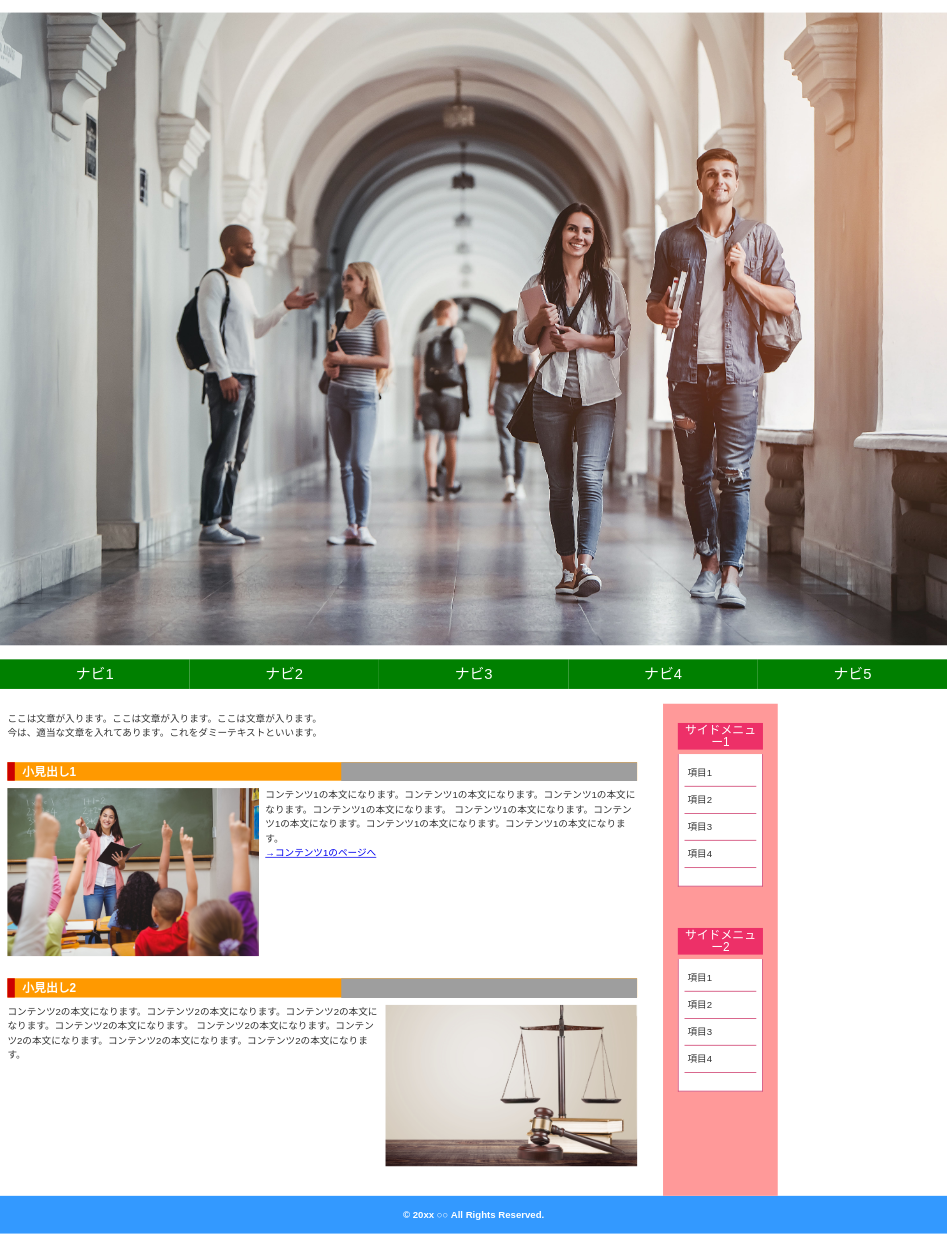
Repository: qedhourse580/samurai_HTML-CSS
Page: home.html
The author's editor kept a record of every edit. The page is drawn from the files as they stood at one moment, then again after the next edit.
The browser window is 1280 px wide. The pictures show the whole page, at 74% of full size.
Pictures or frames that could not be fetched are drawn as grey boxes.

Above is the page before.

### home.html
<!DOCTYPE html>
<html lang="ja">
    <head>
        <meta charset="UTF-8">
        <title>HTML/CSSの学習</title>
        <link rel="stylesheet" href="stylesheet.css">
    </head>
    <body>
        <div id="header">
            <h1><a href="index.html"><img id="corridor" src="images/corridor.jpg" alt="大学の廊下" /></a></h1>
        </div>
        <div id="wrapper">
            <div id="nav">
                <ul>
                    <li><a href="home.html">ナビ1</a></li>
                    <li><a href="#">ナビ2</a></li>
                    <li><a href="#">ナビ3</a></li>
                    <li><a href="#">ナビ4</a></li>
                    <li><a href="#">ナビ5</a></li>
                </ul>
            </div>
            <div id="container">
                <div id="main">
                    <div class="post">
                        <p>ここは文章が入ります。ここは文章が入ります。ここは文章が入ります。<br />今は、適当な文章を入れてあります。これをダミーテキストといいます。</p>
                    </div>
                    <div class="post clearfix">
                        <h2>小見出し1</h2>
                        <img class="left" src="images/classroom.jpg" alt="授業風景" />
                        <p>
                            コンテンツ1の本文になります。コンテンツ1の本文になります。コンテンツ1の本文になります。コンテンツ1の本文になります。
                            コンテンツ1の本文になります。コンテンツ1の本文になります。コンテンツ1の本文になります。コンテンツ1の本文になります。
                        </p>
                        <p><a href="#">→コンテンツ1のページへ</a></p>
                    </div>
                    <div class="post clearfix">
                        <h2>小見出し2</h2>
                        <img class="right" src="images/scale.jpg" alt="天秤" />
                        <p>
                            コンテンツ2の本文になります。コンテンツ2の本文になります。コンテンツ2の本文になります。コンテンツ2の本文になります。
                            コンテンツ2の本文になります。コンテンツ2の本文になります。コンテンツ2の本文になります。コンテンツ2の本文になります。
                        </p>
                    </div>
                </div>
                <div id="side">
                    <div class="box">
                        <h2>サイドメニュー1</h2>
                        <div class="boxBody">
                            <ul>
                                <li>項目1</li>
                                <li>項目2</li>
                                <li>項目3</li>
                                <li>項目4</li>
                            </ul>
                        </div>
                    </div>
                    <div class="box">
                        <h2>サイドメニュー2</h2>
                        <div class="boxBody">
                            <ul>
                                <li>項目1</li>
                                <li>項目2</li>
                                <li>項目3</li>
                                <li>項目4</li>
                            </ul>
                        </div>
                    </div>
                </div>
            </div>
        </div>
        <div id="footer">
            <p>&copy; 20xx ○○ All Rights Reserved.</p>
        </div>
    </body>
</html>

### stylesheet.css
@charset "utf-8";

body {
	margin: 0;
	padding: 0;
	font-family: "ヒラギノ角ゴ Pro W3", "Hiragino Kaku Gothic Pro", "メイリオ", Meiryo, Osaka, "ＭＳ Ｐゴシック", "MS PGothic", sans-serif;
	color: #333;
	font-size: 13px;
	line-height: 150%;
}

/* -------------------- wrapper -------------------- */
#wrapper {
	width: 100%;
	margin: auto;
	padding: 0px;
	border: 0px;
	background-color: #FFF;
	top: 10px;
}

/* ------------------- header ---------------------- */
#header {
	width: 100%;
}

#header1 h1 {
	margin: 0;
	padding: 0;
}

#corridor {
	width: 100%;
	height: auto;
}

/* -------------------- footer -------------------- */
#footer {
	clear: both;
	width: 100%;
	padding: 3px 0 3px 0;
	background: #39F;
	color: #FFF;
	font-weight: bold;
	text-align: center;
}

/* -------------------- nav -------------------- */
#nav {
	width: 100%;
}

#nav ul {
	display: flex;
	margin: 0;
	padding: 0;
	list-style-type: none;
}

#nav ul li {
	/*float: left;*/
	width: 20%;
	text-align: center;
}

#nav ul li a {
	display: block;
	height: 20px;
	margin: 0;
	padding: 10px;
	color: #FFF;
	font-size: 20px;
	text-decoration: none;
	background-color: green;
}

#nav ul li a:hover {
	filter: drop-shadow(10px 10px 10px black);
}

/* -------------------- container -------------------- */
#container {
	width: 100%;
	margin: auto;
	padding: auto;
	padding-top: 20px;
	clear: both;
	display: grid;
	grid-template-columns: 70vw 30vw;
}

/* -------------------- main -------------------- */
#main  {
	/*float: left;*/
	width: 95%;
	padding: 10px 30px 10px 10px;
}

#main h2 {
	margin: 0 0 10px 0;
	padding: 3px 10px 3px 10px;
	color: #FFF;
	font-size: 16px;
	border-left: solid 10px #C00;
	background: #F90 url(../images/main_h2.jpg) right top repeat-y;
}

#main p {
	margin: 0;
	padding: 0;
}

#main .post {
	margin: 0 0 30px 0;
}

#main .post img.right {
	margin: 0 0 0 8px;
}

#main .post img.left {
	margin: 0 8px 0 0;
}

.right {
	float: right;
	width: 40%;
	height: auto;
}

.left {
	float: left;
	width: 40%;
	height: auto;
}

/* -------------------- clearfix -------------------- */
.clearfix {
	zoom: 1;
}

.clearfix:after{
	content: "";
	display: block;
	clear: both;
}

/* -------------------- side -------------------- */
#side {
	float: right;
	width: 30%;
	padding: 20px;
	background-color: #F99;
}

#side .box {
	margin: 0 auto 30px auto;
	padding: 0 0 20px 0;
	background: url(images/side_box.png) bottom no-repear;
}

#side .box h2 {
 	 margin: 0;
 	 padding: 8px;
 	 text-align: center;
 	 color: #fff;
 	 font-size: 16px;
 	 line-height: 16px;
 	 font-weight: normal;
 	 background: url(images/side_box_h2.png) center no-repeat;
}

 #side .box .boxBody {
 	 padding: 8px;
 	 border-right: solid 1px #C36;
 	 border-bottom: solid 1px #C36;
 	 border-left: solid 1px #C36;
 	 background: #fff;
 }
 #side .box .boxBody ul {
 	 margin: 0 0 16px 0;
 	 padding: 0;
 }
 #side .box .boxBody ul li {
 	 padding: 8px 0 8px 4px;
 	 list-style: none;
 	 border-bottom: solid 1px #C36;
 }

#side .box .boxBody ul li:hover {
	padding: 8px 0 8px 4px;
	list-style: none;
	border-bottom: solid 1px #C36;
	box-shadow: 0px 4px 4px rgba(0, 0, 0, 0.3);
}

After the next edit:
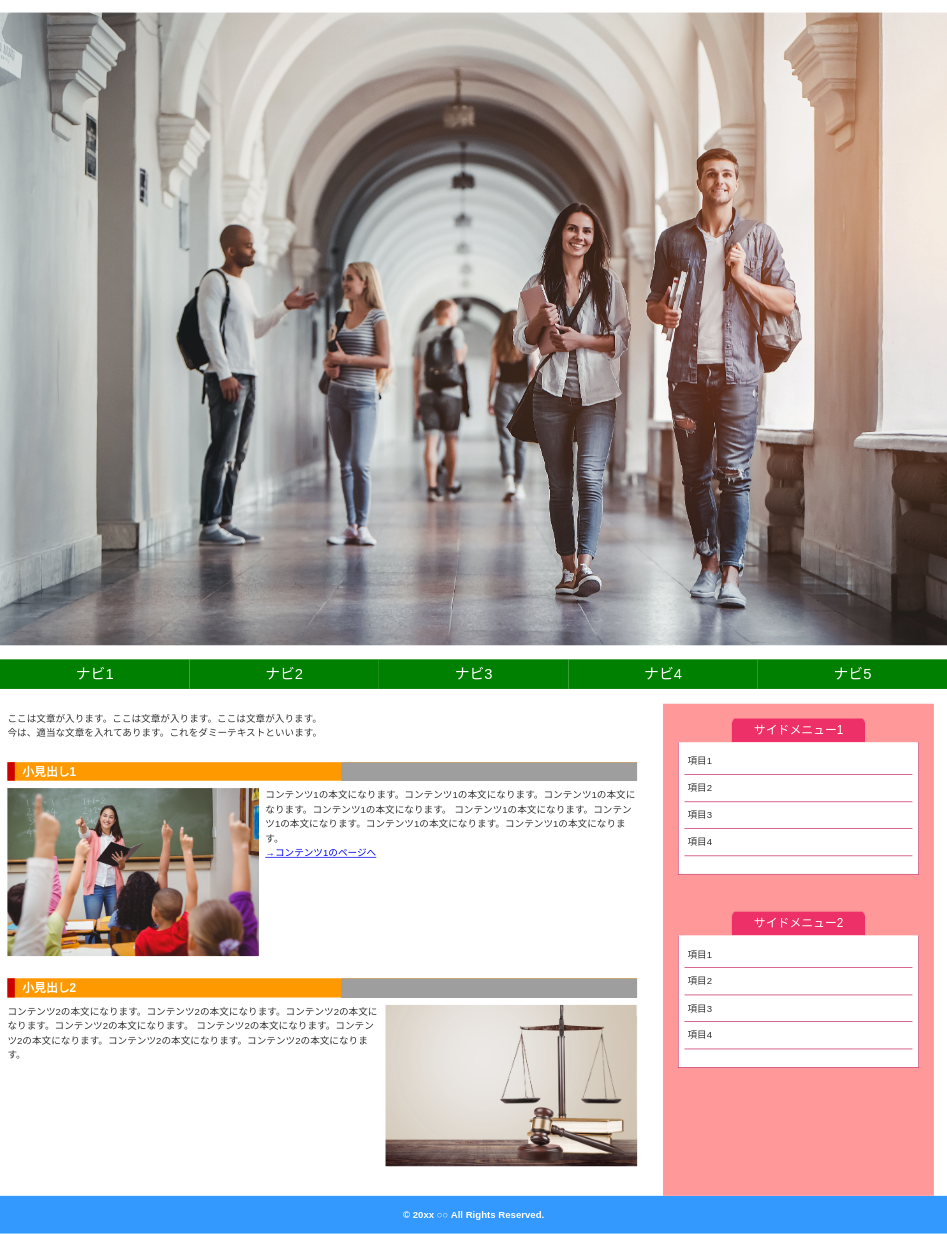
The edit:
--- a/stylesheet.css
+++ b/stylesheet.css
@@ -147,8 +147,8 @@
 
 /* -------------------- side -------------------- */
 #side {
-	float: right;
-	width: 30%;
+	/*float: right;*/
+	width: 85%;
 	padding: 20px;
 	background-color: #F99;
 }
